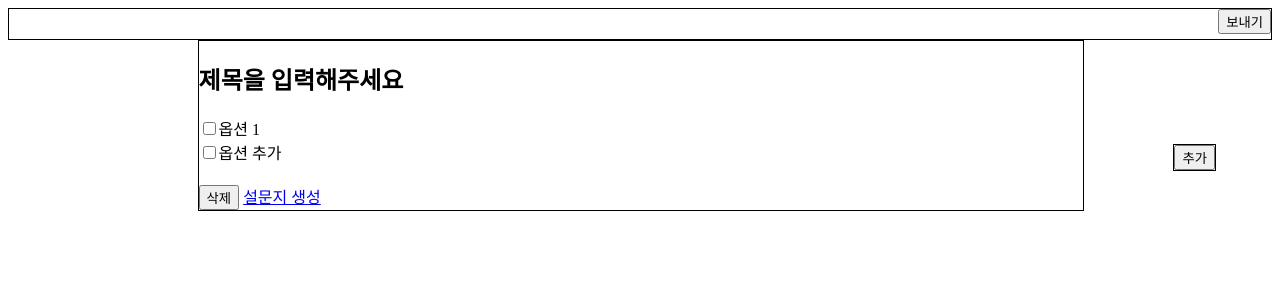
Repository: binigy97/VoteStie
Page: voteWeb/src/main/webapp/index.html
An editor plug-in stored every save of this project. The page is shown before and after the next save, followed by the edit.
The browser window is 1280 px wide. The pictures show the whole page.

Above is the page before, as saved 2022-02-26 20:07:41.

After the next save:
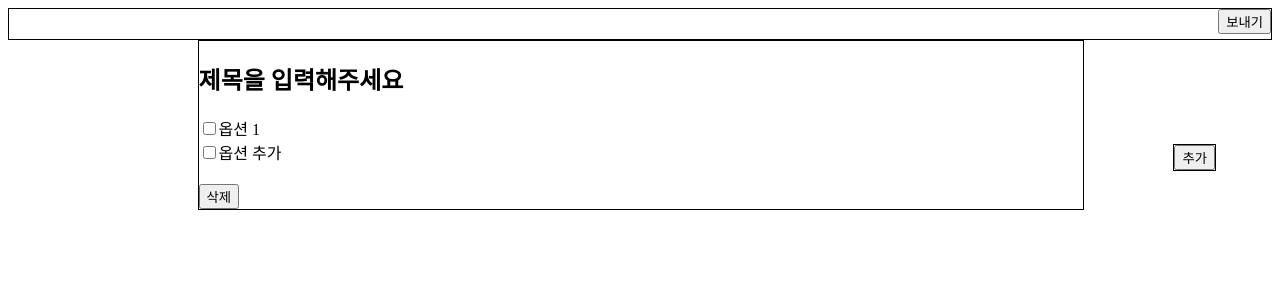
Saved 7 s later.
--- a/voteWeb/src/main/webapp/index.html
+++ b/voteWeb/src/main/webapp/index.html
@@ -52,7 +52,6 @@ div > label:last-child {
 		</div>
 		<div>
 			<button>삭제</button>
-			<a href="/vote">설문지 생성</a>
 		</div>
 	</article>
 </section>
